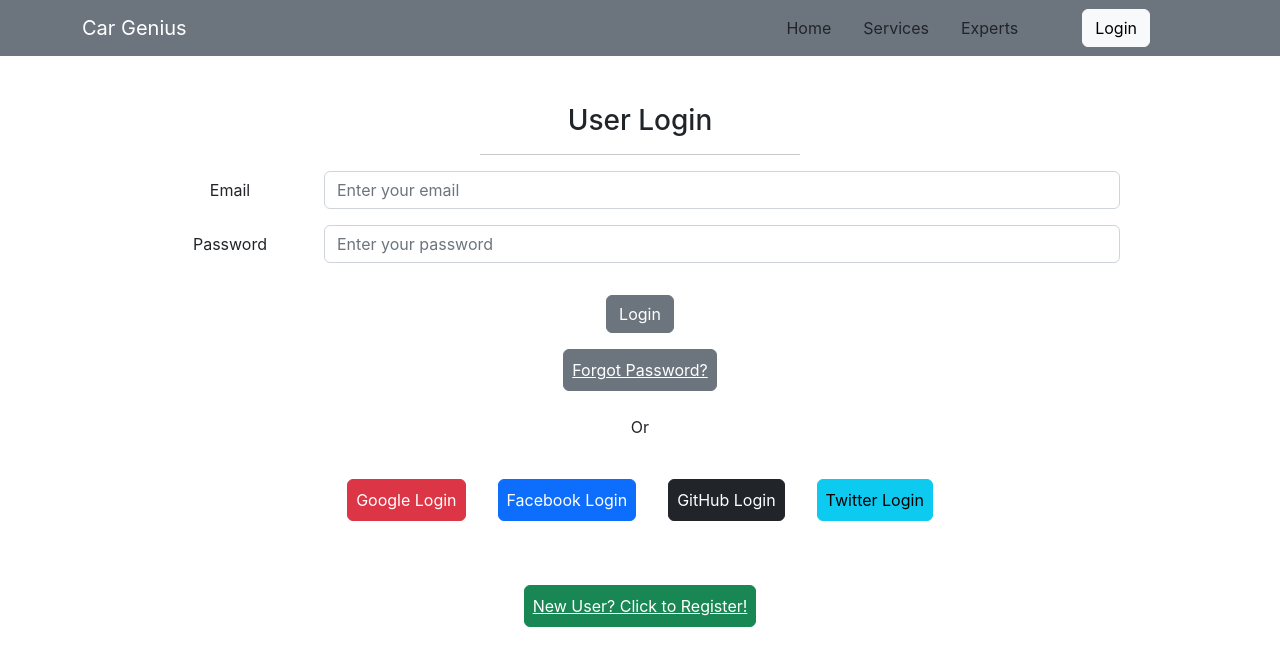
Repository: Sharif-00112/genius-car-service-client
Page: /login
These files come from the project's save history. The page is drawn as it stood at one moment and after the next save; the edit follows.
The browser window is 1280 px wide. The pictures show the whole page.
The project was rebuilt for these pictures with package versions that can differ from the ones it lists, and the page was loaded fresh each time. Also part of the build but not shown: src/Pages/Home/Banner/Banner.js, src/Pages/Home/Expert/Expert.js, src/Pages/Home/Experts/Experts.js, src/Pages/Home/Service/Service.css, src/Pages/Home/Service/Service.js, src/Pages/Home/Services/Services.css, src/Pages/Home/Services/Services.js, src/Pages/Home/Home/Home.js and 4 more.

Above is the page before, as saved 2022-09-08 17:22:58.

### public/index.html
<!DOCTYPE html>
<html lang="en">
  <head>
    <meta charset="utf-8" />
    <link rel="icon" href="%PUBLIC_URL%/favicon.ico" />
    <meta name="viewport" content="width=device-width, initial-scale=1" />
    <meta name="theme-color" content="#000000" />
    <meta
      name="description"
      content="Web site created using create-react-app"
    />
    <link rel="apple-touch-icon" href="%PUBLIC_URL%/logo192.png" />
    <!--
      manifest.json provides metadata used when your web app is installed on a
      user's mobile device or desktop. See https://developers.google.com/web/fundamentals/web-app-manifest/
    -->
    <link rel="manifest" href="%PUBLIC_URL%/manifest.json" />
    <link rel="stylesheet" href="https://cdn.jsdelivr.net/npm/bootstrap@5.2.0/dist/css/bootstrap.min.css">

    <!--
      Notice the use of %PUBLIC_URL% in the tags above.
      It will be replaced with the URL of the `public` folder during the build.
      Only files inside the `public` folder can be referenced from the HTML.

      Unlike "/favicon.ico" or "favicon.ico", "%PUBLIC_URL%/favicon.ico" will
      work correctly both with client-side routing and a non-root public URL.
      Learn how to configure a non-root public URL by running `npm run build`.
    -->
    <title>React App</title>
  </head>
  <body>
    <noscript>You need to enable JavaScript to run this app.</noscript>
    <div id="root"></div>
    <!--
      This HTML file is a template.
      If you open it directly in the browser, you will see an empty page.

      You can add webfonts, meta tags, or analytics to this file.
      The build step will place the bundled scripts into the <body> tag.

      To begin the development, run `npm start` or `yarn start`.
      To create a production bundle, use `npm run build` or `yarn build`.
    -->
  </body>
</html>

### src/App.js
// import logo from './logo.svg';
import './App.css';
import { BrowserRouter as Router, Routes, Route} from 'react-router-dom';
import AuthProvider from './Pages/Login/context/AuthProvider';
import Home from './Pages/Home/Home/Home';
import PrivateRoute from './Pages/Login/PrivateRoute/PrivateRoute'
import NotFound from './Pages/NotFound/NotFound';
import Booking from './Pages/Booking/Booking/Booking';
import Login from './Pages/Login/Login/Login';
import Register from './Pages/Login/Register/Register';
import Header from './Pages/Shared/Header/Header';

function App() {
  return (
    <div className="App">
      <AuthProvider>
        <Router>
          <Header></Header>
          <Routes>
            <Route exact path = '/' element = {<Home></Home>}> </Route>
            <Route exact path = '/home' element = {<Home></Home>}> </Route>
            {/* <Route exact path = '/about' element = {<About></About>}> </Route>
            <Route exact path = '/contact' element = {<Contact></Contact>}> </Route> */}
            <Route exact path = '/login' element = {<Login></Login>}> </Route>
            <Route exact path = '/register' element = {<Register></Register>}> </Route>


            <Route exact path = '/booking/:serviceId' element = {
              <PrivateRoute>
                <Booking></Booking>
              </PrivateRoute>
            }> </Route>

            <Route exact path = '*' element = {<NotFound></NotFound>}> </Route>
          </Routes>
          {/* <Footer></Footer> */}
        </Router>
      </AuthProvider>
    </div>
  );
}

export default App;

### src/Pages/Login/context/AuthProvider.js
import React from 'react';
import { createContext } from 'react';
import useFirebase from '../../../hooks/useFirebase';

//step-1-context
export const AuthContext = createContext();

const AuthProvider = (props) => {
    //step-3-context
    const {children} = props;

    //step-5-context
    const allContext = useFirebase();

    return (
        //step-2-context
        <AuthContext.Provider value={allContext}>
            {children}
        </AuthContext.Provider>
    );
};

export default AuthProvider;

### src/Pages/Login/Login/Login.js
import React from 'react';
import { Link } from 'react-router-dom';
import useAuth from '../../../hooks/useAuth';
// import useAuth from '../../../hooks/useAuth';

const Login = () => {
    //destructuring hooks
    const {signInUsingGoogle, signInUsingGithub, signInUsingFacebook, signInUsingTwitter, user, error, handleLoginSubmitBtn, handleEmailChange, handlePasswordChange, logout } = useAuth();

    return (
        <div>
            { !user.email ? <h3 className='pt-5'>User Login</h3>
            :
            <div className="">
                <h3 className='pt-5'>Welcome, <span className='text-success'>{user.displayName}</span></h3>
            </div>
            }

            <hr className='w-25 mx-auto'/>

            { !user.email ?
                <div className="">
                    <form className='w-75 mx-auto' onSubmit={handleLoginSubmitBtn}>
                        <div className="row mb-3">
                            <label htmlFor="inputEmail3" className="col-sm-2 col-form-label">Email</label>
                            <div className="col-sm-10">
                            <input onChange={handleEmailChange}  type="email" className="form-control" id="inputEmail3" placeholder='Enter your email' required/>
                            </div>
                        </div>
                        <div className="row mb-3">
                            <label htmlFor="inputPassword3" className="col-sm-2 col-form-label">Password</label>
                            <div className="col-sm-10">
                            <input onChange={handlePasswordChange} type="password" className="form-control" id="inputPassword3" placeholder='Enter your password' required/>
                            </div>

                            <br />
                            <p className='text-danger'>{error}</p>
                        </div>
                        <button type="submit" className="btn btn-secondary">Login</button>
                    </form>
                    <button className='btn btn-secondary p-2 mt-3'><Link className='text-decoration-none text-white' to="/forgotpassword"><u>Forgot Password?</u></Link></button>


                    <p className='m-4'>Or</p>

                    <button onClick={signInUsingGoogle} className='btn btn-danger p-2 m-3'>Google Login</button>

                    <button onClick={signInUsingFacebook} className='btn btn-primary p-2 m-3'>Facebook Login</button>

                    <button onClick={signInUsingGithub} className='btn btn-dark p-2 m-3'>GitHub Login</button>

                    <button onClick={signInUsingTwitter} className='btn btn-info p-2 m-3'>Twitter Login</button>

                    <br />
                    <h5>{error}</h5>
                    <br />

                    <button className='btn btn-success p-2 m-3'><Link className='text-decoration-none text-white' to="/register"><u>New User? Click to Register!</u></Link></button>
                </div>
                :
                <div className="mb-5">
                    <p>Email: {user.email}</p>
                    <img src={user.photoURL} alt="" />
                    <br />
                    {/* <button className='btn btn-secondary p-2 mt-3'><Link className='text-decoration-none text-white' to="/completeprofile"><u>Complete Profile</u></Link></button> */}

                    <Link className='text-decoration-none text-white m-2' to="/completeprofile"><u><button onClick={logout} className='btn btn-secondary'>Complete Profile</button></u></Link>

                    <Link className='text-decoration-none text-white m-2' to="/"><u><button onClick={logout} className='btn btn-secondary'>Logout</button></u></Link>
                </div>
            }



        </div>
    );
};

export default Login;

### src/Pages/Shared/Header/Header.js
import React from 'react';
import { Button, Container, Nav, Navbar } from 'react-bootstrap';
// import logo from '../../../images/logo.png'
import { Link } from 'react-router-dom';
import { HashLink } from 'react-router-hash-link';
import useAuth from '../../../hooks/useAuth';

const Header = () => {
    const {user, logout} = useAuth();
    return (
        <>
            <Navbar collapseOnSelect expand="lg" bg="secondary" variant="dark" sticky='top'>
                <Container>
                    <Navbar.Brand href="/home">
                        {/* <img src={logo} height="30" alt="" /> */}
                        Car Genius
                    </Navbar.Brand>
                    <Navbar.Toggle />
                    <Navbar.Collapse className="justify-content-end">
                        <Nav.Link as={HashLink} to="/home#home" className='mx-3'>Home</Nav.Link>
                        <Nav.Link as={HashLink} to="/home#services" className='mx-3'>Services</Nav.Link>
                        <Nav.Link as={HashLink} to="/home#experts" className='mx-3'>Experts</Nav.Link>

                        {user?.email ?
                            <div className="">
                                <Navbar.Text className='mx-4 text-info'>
                                    Signed in as: {user?.displayName}
                                </Navbar.Text>
                                <Button onClick={logout} variant='light'>Logout</Button>
                            </div>
                            :
                            <Nav.Link as={Link} to="/login" className='mx-5'><Button variant='light'>Login</Button></Nav.Link>
                        }
                    </Navbar.Collapse>
                </Container>
            </Navbar>
        </>
    );
};

export default Header;

### src/hooks/useFirebase.js
import { useState } from "react";
import initializeAuthentication from "../Pages/Login/Firebase/firebase.initialize";
import { getAuth, signInWithPopup, GoogleAuthProvider, onAuthStateChanged, signOut, GithubAuthProvider, FacebookAuthProvider, createUserWithEmailAndPassword, signInWithEmailAndPassword, sendPasswordResetEmail, updatePassword, sendEmailVerification, updateProfile, } from "firebase/auth";
import { useEffect } from "react";

initializeAuthentication();

const useFirebase = () =>{
    const [user, setUser] = useState({});
    const [error, setError] = useState('');
    const [name, setName] = useState('');
    const [email, setEmail] = useState('');
    const [password, setPassword] = useState('');
    const [isLoading, setIsLoading] = useState(true);

    const googleProvider = new GoogleAuthProvider();
    const gitProvider = new GithubAuthProvider();
    const facebookProvider = new FacebookAuthProvider();
    const auth = getAuth();

    const signInUsingGoogle = () =>{
      setIsLoading(true);
      signInWithPopup(auth, googleProvider)
      .then((result) => {
          // This gives you a Google Access Token. You can use it to access the Google API.
          // const credential = GoogleAuthProvider.credentialFromResult(result);
          // const token = credential.accessToken;
          // The signed-in user info.
          setUser(result.user);
      }).catch((error) => {
          // Handle Errors here.
          setError(error.code);
          setError(error.message);
          // The email of the user's account used.
          setError(error.customData.email);
          // The AuthCredential type that was used.
          setError(GoogleAuthProvider.credentialFromError(error));
      }).finally(() =>{
        setIsLoading(false);
      });
    }

    const signInUsingGithub = () =>{
      signInWithPopup(auth, gitProvider)
      .then((result) => {
        // This gives you a GitHub Access Token. You can use it to access the GitHub API.
        // const credential = GithubAuthProvider.credentialFromResult(result);
        // const token = credential.accessToken;

        // The signed-in user info.
        setUser(result.user);
      }).catch((error) => {
        // Handle Errors here.
        setError(error.code);
        setError(error.message);
        // The email of the user's account used.
        setError(error.customData.email);
        // The AuthCredential type that was used.
        setError(GithubAuthProvider.credentialFromError(error));
      });
    };

    const signInUsingFacebook = () =>{
      signInWithPopup(auth, facebookProvider)
      .then((result) => {
        // The signed-in user info.
        setUser(result.user);

        // This gives you a Facebook Access Token. You can use it to access the Facebook API.
        // const credential = FacebookAuthProvider.credentialFromResult(result);
        // const accessToken = credential.accessToken;
      })
      .catch((error) => {
        // Handle Errors here.
        setError(error.code);
        setError(error.message);
        // The email of the user's account used.
        setError(error.customData.email);
        // The AuthCredential type that was used.
        setError(FacebookAuthProvider.credentialFromError(error));
      });
    };

    const signInUsingTwitter = () =>{
      console.log('Twitter login coming soon...');
      alert('Twitter Login will be added later...');
    };

    const customLogin = (email, password) =>{
      signInWithEmailAndPassword(auth, email, password)
      .then((userCredential) => {
        // Signed in
        setUser(userCredential.user);
      })
      .catch((error) => {
        setError(error.code);
        setError(error.message);
      });
    };

    const customRegister = (email, password) =>{
      createUserWithEmailAndPassword(auth, email, password)
      .then((userCredential) => {
        // Signed in
        // const user = userCredential.user;
        // console.log(user);
      })
      .catch((error) => {
        setError(error.code);
        setError(error.message);
      });
    };

    const handleLoginSubmitBtn = e =>{
      e.preventDefault();
      // console.log(email, password);
      customLogin(email, password);
    }

    const handleRegisterSubmitBtn = e =>{
      e.preventDefault();
      // console.log(email, password);

      if(!/.{8,}/.test(password)){
        setError('Ensure password is of minimum length 8');
        return;
      }
      if(!/(?=.*[A-Z])/.test(password)){
        setError('Ensure password has minimum one uppercase letters');
        return;
      }
      if(!/(?=.*[!@#$%^&*()\-__+.])/.test(password)){
        setError('Ensure password has minimum one special case letter');
        return;
      }
      if(!/(?=.*[0-9])/.test(password)){
        setError('Ensure password has minimum one digits');
        return;
      }
      if(!/(?=.*[a-z])/.test(password)){
        setError('Ensure password has minimum one lowercase letters');
        return;
      }
      customRegister(email, password);
    }

    const handleNameChange = e =>{
      setName(e.target.value);
    }

    const handleEmailChange = e =>{
      setEmail(e.target.value);
    }

    const handlePasswordChange = e =>{
      setPassword(e.target.value);
    }

    const handleForgotPassword = () =>{
      sendPasswordResetEmail(auth, email)
      .then(() => {
        // Password reset email sent!
      })
      .catch((error) => {
        setError(error.code);
        setError(error.message);
      });
    }

    const handleChangePassword = () =>{
      const user = auth.currentUser;
      const newPassword = password;
      updatePassword(user, newPassword).then(() => {
        // Update successful.
      }).catch((error) => {
        setError(error.code);
        setError(error.message);
      });
    }

    const setUserName = () =>{
      updateProfile(auth.currentUser, {
        displayName: name
      }).then(() => {
        // Profile updated!
      }).catch((error) => {
        setError(error.code);
        setError(error.message);
      });
    }

    const verifyEmail = () =>{
      sendEmailVerification(auth.currentUser)
      .then(() => {
        // Email verification sent!
      }).catch((error) => {
        setError(error.code);
        setError(error.message);
      });
    }

    //observe user login change
    useEffect(()=>{
        const unsubscribe = onAuthStateChanged(auth, (user) => {
            if (user) {
              // User is signed in
              setUser(user);
            } else {
              // User is signed out
              setUser({});
            }
            setIsLoading(false);
          });
          return () => unsubscribe;
    },[auth]);

    const logout = () =>{
      setIsLoading(true);
      signOut(auth)
      .then(() => {
          // Sign-out successful.
          setUser({});
        }).catch((error) => {
          setError(error);
        }).finally(()=>{
          setIsLoading(false);
        });
    }

    return {
      signInUsingGoogle,
      signInUsingGithub,
      signInUsingFacebook,
      signInUsingTwitter,
      customLogin,
      customRegister,
      handleLoginSubmitBtn,
      handleRegisterSubmitBtn,
      handleNameChange,
      handleEmailChange,
      handlePasswordChange,
      handleForgotPassword,
      handleChangePassword,
      verifyEmail,
      setUserName,
      logout,
      user,
      error,
      isLoading
    };
}

export default useFirebase;

### src/hooks/useAuth.js
//step-6-context

import { useContext } from "react"
import { AuthContext } from "../../src/Pages/Login/context/AuthProvider"

const useAuth = () =>{
    return useContext(AuthContext);
}

export default useAuth;

### src/Pages/Login/Firebase/firebase.initialize.js
import { initializeApp } from "firebase/app";
import firebaseConfig from "./firebase.config";

const initializeAuthentication = () =>{
    initializeApp(firebaseConfig);
}

export default initializeAuthentication;

### src/Pages/Login/Firebase/firebase.config.js
// console.log(process.env);

const firebaseConfig = {
  apiKey: process.env.REACT_APP_FIREBASE_API_KEY,
  authDomain: process.env.REACT_APP_FIREBASE_AUTH_DOMAIN,
  projectId: process.env.REACT_APP_FIREBASE_PROJECT_ID,
  storageBucket: process.env.REACT_APP_FIREBASE_STORAGE_BUCKET,
  messagingSenderId: process.env.REACT_APP_FIREBASE_MESSAGING_SENDER_ID,
  appId: process.env.REACT_APP_FIREBASE_APP_ID,
  measurementId: process.env.REACT_APP_FIREBASE_MEASUREMENT_ID
};

export default firebaseConfig;

Loaded but not shown: src/index.js (common file); src/index.css (common file); src/reportWebVitals.js (common file); src/App.css (common file)

After the next save:
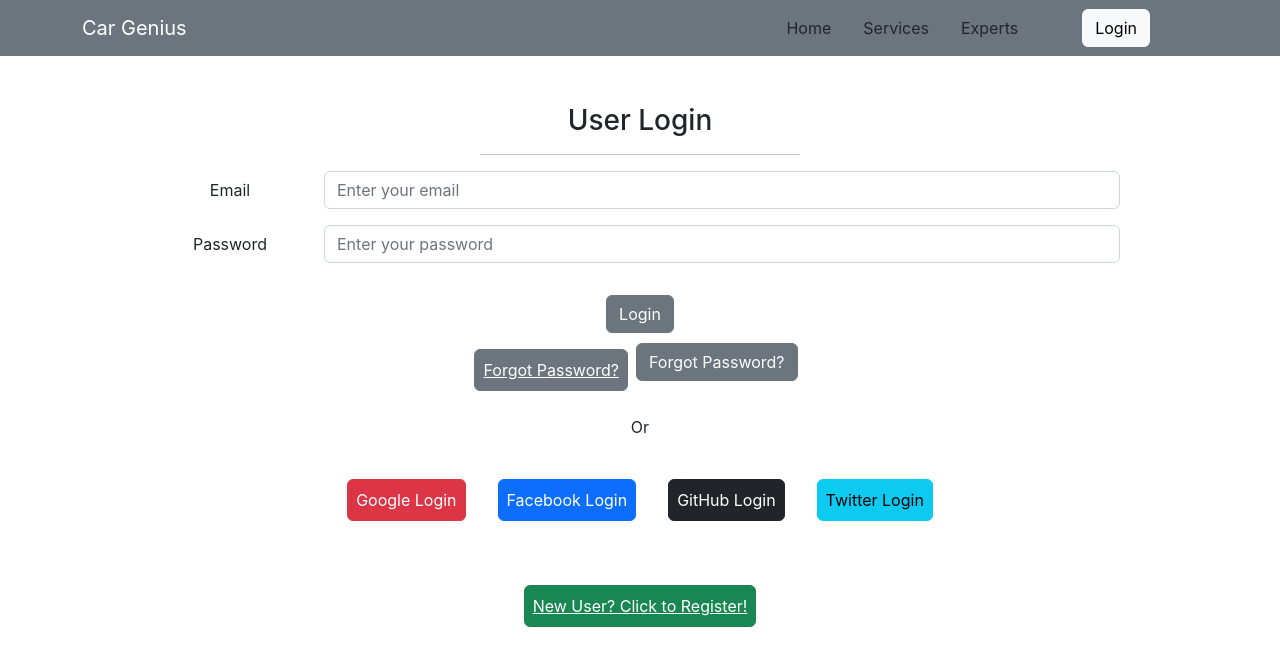
Saved 2 min 42 s later.
--- a/src/Pages/Login/Login/Login.js
+++ b/src/Pages/Login/Login/Login.js
@@ -40,6 +40,8 @@ const Login = () => {
                     </form>
                     <button className='btn btn-secondary p-2 mt-3'><Link className='text-decoration-none text-white' to="/forgotpassword"><u>Forgot Password?</u></Link></button>
 
+                    <Link className='text-decoration-none text-white p-2 mt-3' to="/forgotpassword"><u><button className='btn btn-secondary'>Forgot Password?</button></u></Link>
+
 
                     <p className='m-4'>Or</p>
 
